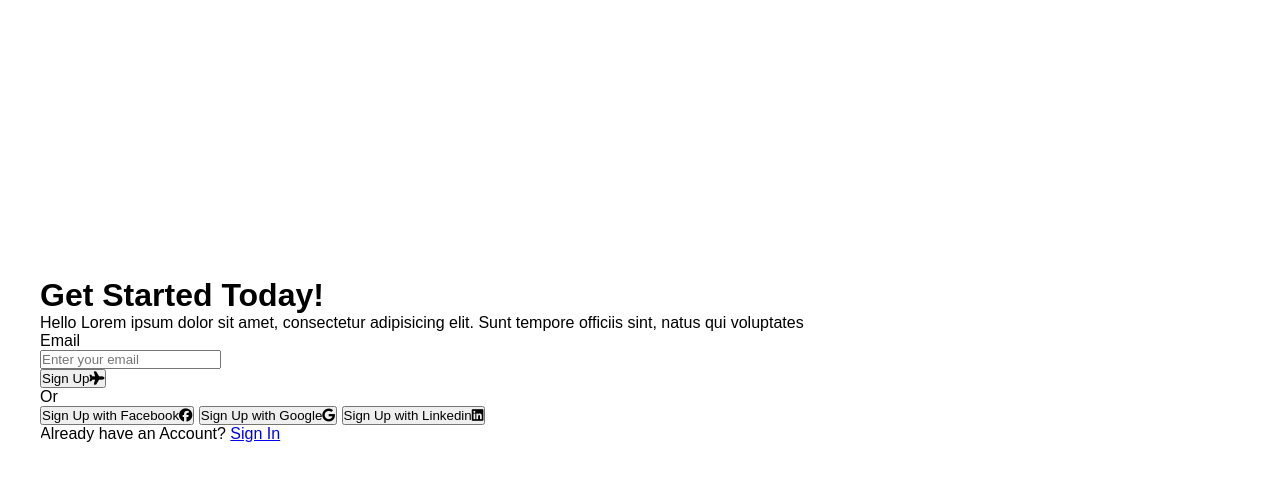
Repository: Femi007-gh/Login-V2
Page: index.html
These files come from the project's save history. The page is drawn as it stood at one moment and after a run of saves; the edit follows.
The browser window is 1280 px wide. The pictures show the whole page.

Above is the page before, as saved 2025-01-27 06:55:36.

### index.html
<html>
    <head>
        <title></title>
  <link rel="stylesheet" href="style.css">
  <link rel="stylesheet" href="https://cdnjs.cloudflare.com/ajax/libs/font-awesome/6.5.0/css/all.min.css">
    </head>
    <body>
        <div class="container">
            <div class="left-session">
                <div class="form-container">
                    <h1>Get Started Today!</h1>
                    <p> Hello Lorem ipsum dolor sit amet, consectetur adipisicing elit. Sunt tempore officiis sint, natus qui voluptates </p>
                    <form>
                        <div class="input-group">
                            <p>Email</p>
                            <input type="email" id="email" placeholder="Enter your email" required>
                        </div>
                        <button class="primary-btn" type="submit">Sign Up<i class="fa-solid fa-plane"></i></button>
                    </form>
                    <p class="divider">Or</p>
                    <div class="social-buttons">
                        <button class="social-buttons-facebook-btn">
                            Sign Up with Facebook<i class="fa-brands fa-facebook"></i>
                        </button>
                        <button class="social-buttons-google-btn">
                            Sign Up with Google<i class="fa-brands fa-google"></i>
                        </button>
                        <button class="social-buttons-Linkedin-btn">
                            Sign Up with Linkedin<i class="fa-brands fa-linkedin"></i>
                        </button>
                    </div>
                    <p>Already have an Account? <a href="#">Sign In</a></p>
                </div>
            </div>
            <div class="right-section"></div>
        </div>
    </body>
</html>

### style.css
* {
   padding: 0;
   margin: 0;
   box-sizing: border-box;
}

body {
    font-family: sans-serif;
    background-color: #fff;
    display: flex;
    justify-content: center;
    align-items: center;
}

.container {
  display: flex;
  max-width: 1200px;
  width: 100%;
  background-color: #fff;
  border-radius: 10px;
  overflow: hidden;
}

After the next 5 saves:
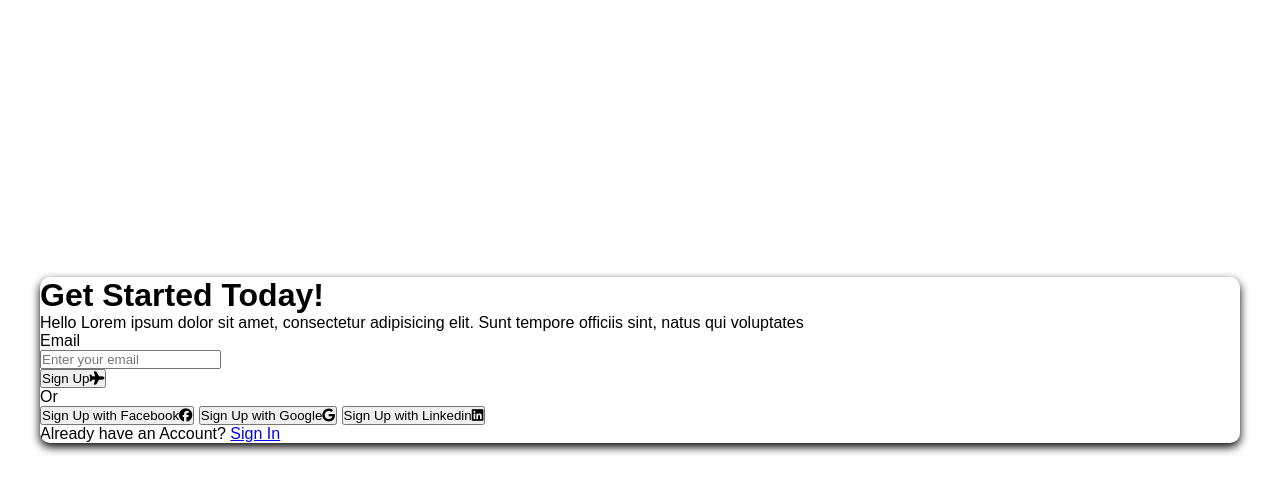
The 5 saves are shown as one change because they came seconds apart.
The last was saved 13 s later.
--- a/style.css
+++ b/style.css
@@ -19,4 +19,5 @@
   background-color: #fff;
   border-radius: 10px;
   overflow: hidden;
+  box-shadow: 0 4px 10px
 }

After the 2 saves that followed:
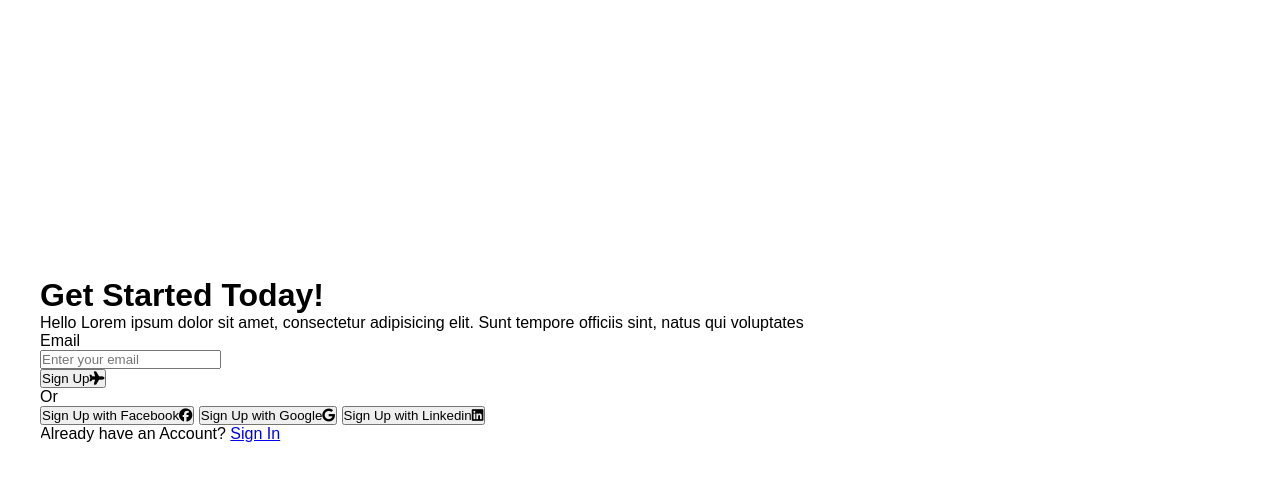
The 2 saves are shown as one change because they came seconds apart.
The last was saved 7 s later.
--- a/style.css
+++ b/style.css
@@ -19,5 +19,5 @@
   background-color: #fff;
   border-radius: 10px;
   overflow: hidden;
-  box-shadow: 0 4px 10px
+  box-shadow: 0 4px 10px rgba()
 }
